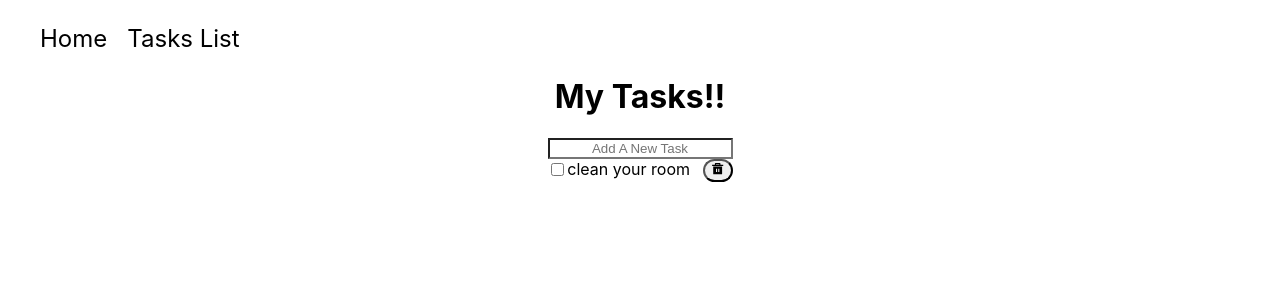
Repository: runner855/abstract_todolist
Page: /
The author's editor kept a copy of each file at every save. The page is drawn from the files as they stood at one save, then again after the next save.
The browser window is 1280 px wide. The pictures show the whole page.
The project was rebuilt for these pictures with package versions that can differ from the ones it lists, and the page was loaded fresh each time.

Above is the page before, as saved 2022-11-09 12:15:53.

After the next save:
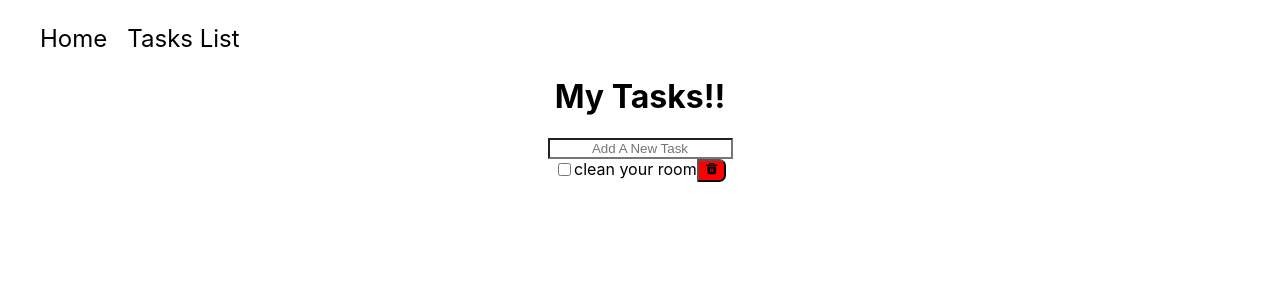
Saved 30 s later.
--- a/src/App.css
+++ b/src/App.css
@@ -16,7 +16,6 @@ button {
 }
 
 .delete{
-  border-radius: 3em 3em 3em 3em;
-  margin-left: 1em;
+background-color: red;
 
 }
